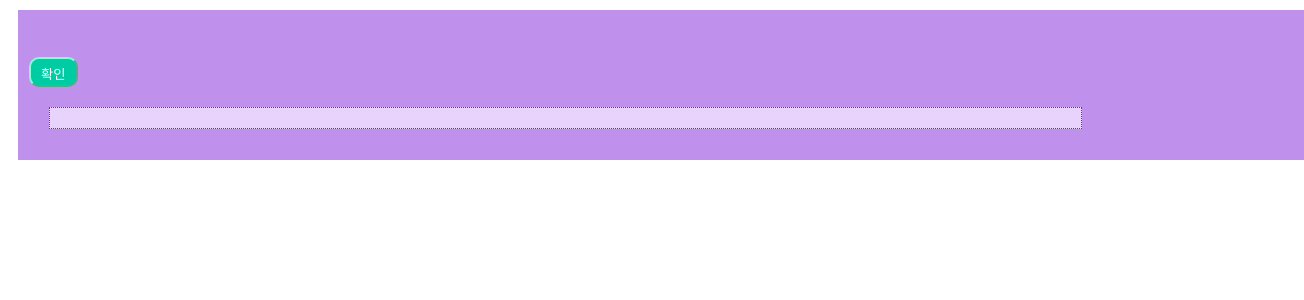
Repository: jinsoo115/jquery
Page: jqpro/WebContent/0203_jqajax/buyer.html
An editor plug-in stored every save of this project. The page is shown before and after the next save, followed by the edit.
The browser window is 1280 px wide. The page is 1304 px wide, so the pictures cover 1304 px, including what lies to the right of the window. The pictures show the whole page.

Above is the page before, as saved 2021-02-03 03:14:27.

### jqpro/WebContent/0203_jqajax/buyer.html
<!DOCTYPE html>
<html>
<head>
<meta charset="UTF-8">
<title>Insert title here</title>
<link rel = "stylesheet" href = "../css/public.css">

<style>
</style>

<script>
</script>

</head>
<body>

<div class="box">

<br><br>

<input type="button" value="확인" onclick="proc1()">

<div id="result1"></div>
</div>
</body>
</html>

### jqpro/WebContent/css/public.css
@charset "utf-8";
pre{
	background-color : #96FFFF;
	font-size : 1.5em;
    white-space: pre-wrap;

    /*
        pre : 공백은 그대로 줄바꿈이 되지 않는다
        pre-wrap : 공백은 그대로 줄바꿈 된다
        pre-line : 공백을 여러개 줘도 공백은 하나만 표시 줄바꿈된다.
        nowrap : 공백을 여러개 줘도 공백은 하나만 표시 줄바꿈되지 않는다.
    */
}

div.box{
    width: 100%;
    height: auto;
    margin: 10px;
    padding: 10px;
    border: 1px solid #bf91ed;
    background: #bf91ed;
}
.box input[type=button]{
    width: auto;
    height: 30px;
    color: white;
    padding: 5px 10px;
    border-radius: 10px;
    background: #00cca3;
    border-color: aquamarine;
}

.box div{
    width: 80%;
    height: auto;
    padding: 10px;
    border: 1.5px dotted #8020bf;
    margin: 20px;
    background-color: #e8d3fc;
}

Loaded but not shown: jqpro/WebContent/js/jquery-3.5.1.min.js (library)

After the next save:
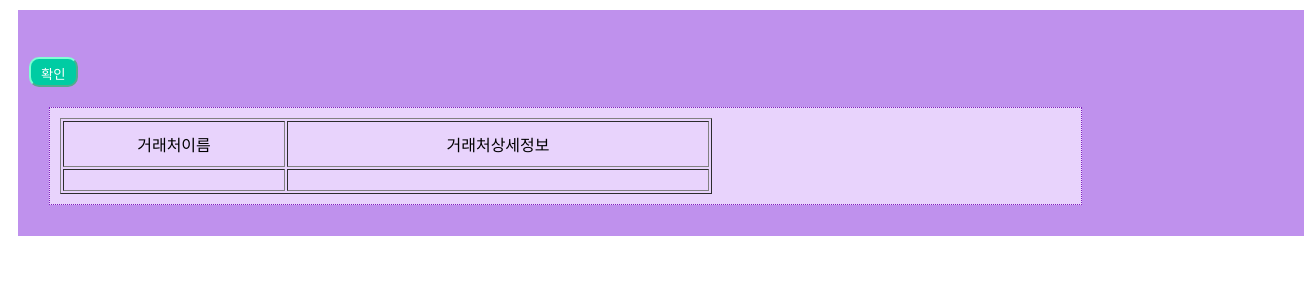
Saved 13 s later.
--- a/jqpro/WebContent/0203_jqajax/buyer.html
+++ b/jqpro/WebContent/0203_jqajax/buyer.html
@@ -4,11 +4,44 @@
 <meta charset="UTF-8">
 <title>Insert title here</title>
 <link rel = "stylesheet" href = "../css/public.css">
-
+<script type="text/javascript" src="../js/jquery-3.5.1.min.js"></script>
 <style>
+    td{
+        height: auto;
+        padding: 10px;
+        text-align: center;
+    }
+    #names{
+        width: 200px;
+    }
+    #details{
+        width: 400px;
+    }
+    p:hover{
+        background: lime;
+    }
 </style>
 
 <script>
+    $(function(){
+        $("input").on("click", function(){
+            $.ajax({
+                url : "buyerNames.jsp",
+                type : 'get',
+                success : function(res){
+                    code = "";
+                    $.each(res, function(i, v){
+                        code += `<p id=${v.id}>${v.name}</p>`;
+                    })
+                    $("#names").html(code);
+                },
+                error : function(xhr){
+                    alert("상태 : " + xhr.status);
+                },
+                dataType : "json"
+            })
+        })
+    })
 </script>
 
 </head>
@@ -18,9 +51,23 @@
 
 <br><br>
 
-<input type="button" value="확인" onclick="proc1()">
+<input type="button" value="확인">
 
-<div id="result1"></div>
+<div id="result1">
+    <table border="=1">
+        <tr>
+            <td>거래처이름</td>
+            <td>거래처상세정보</td>
+        </tr>
+
+        <tr>
+            <td id="names">
+                <!-- <p id="P10101">삼성컴퓨터</p>  -->
+            </td>
+            <td id="details"></td>
+        </tr>
+    </table>
+</div>
 </div>
 </body>
 </html>
